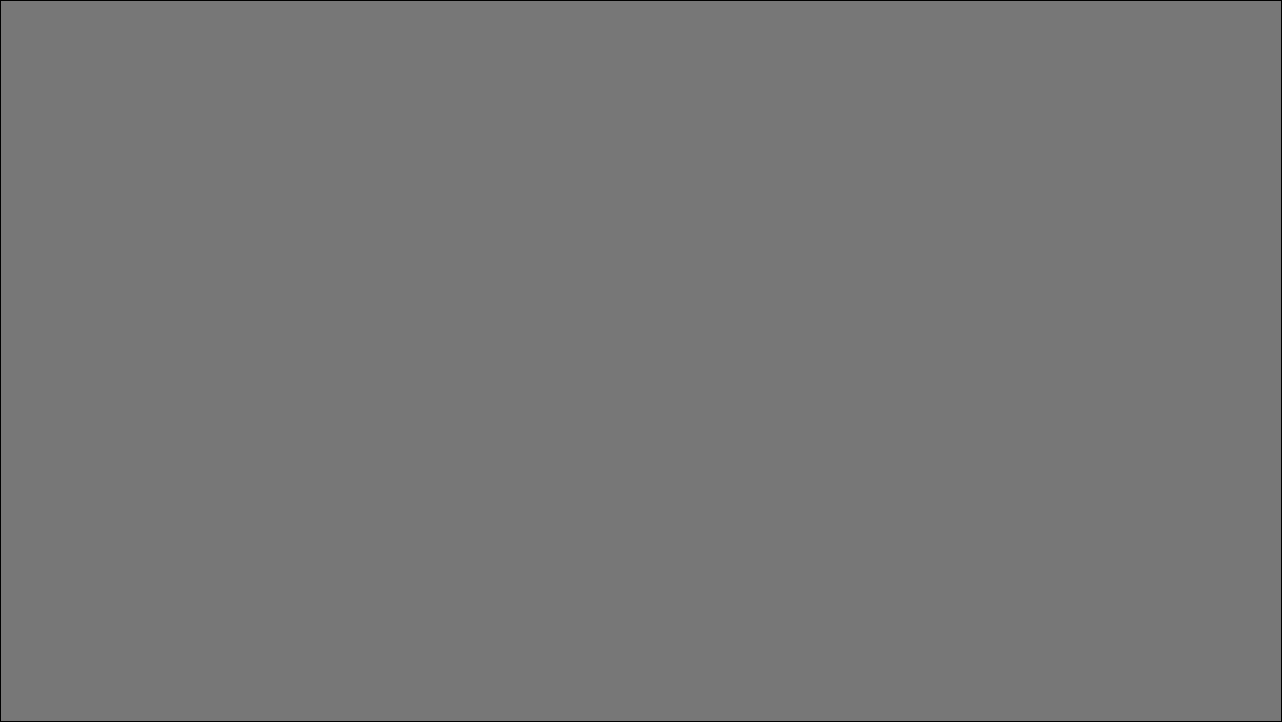
Repository: tenlekdan/particle-effect
Page: inidex.html
These files come from the project's save history. The page is drawn as it stood at one moment and after the next save; the edit follows.
The browser window is 1280 px wide. The page is 1282 px wide, so the pictures cover 1282 px, including what lies to the right of the window. The pictures show the whole page.

Above is the page before, as saved 2019-12-26 14:34:21.

After the next save:
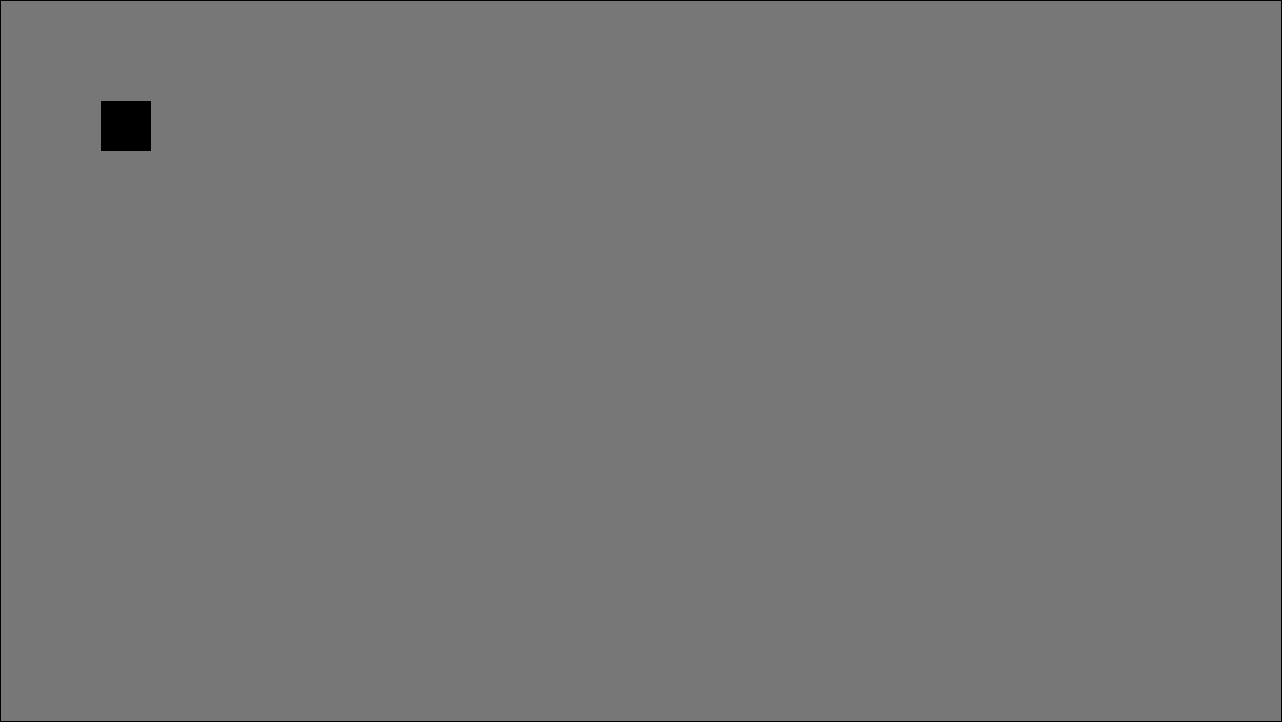
Saved 3 min 3 s later.
--- a/canvas.js
+++ b/canvas.js
@@ -5,4 +5,8 @@
 
     canvas.width = window.innerWidth;
     canvas.height = window.innerHeight;
+
+    var c = canvas.getContext('2d');
+    // c.fillRect(x, y, width, height);
+    c.fillRect(100, 100, 50, 50);
 })();
